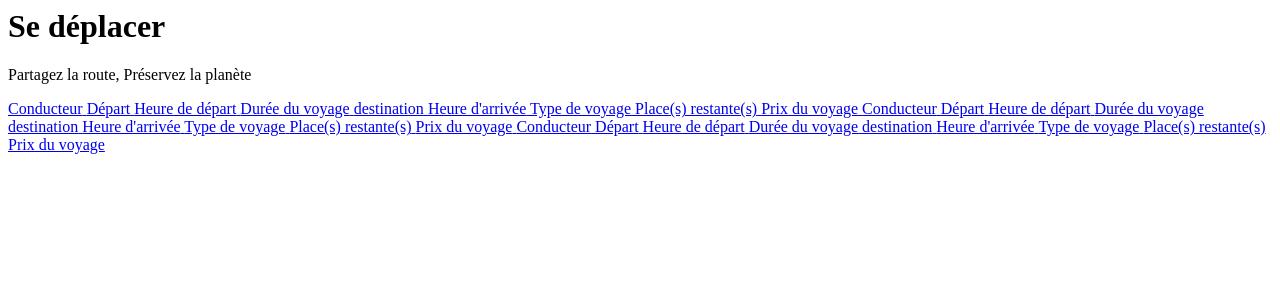
Repository: lemonhao9/ECF
Page: pages/covoiturages/vueCovoit.html
The author's editor kept a copy of each file at every save. The page is drawn from the files as they stood at one save, then again after the next save.
The browser window is 1280 px wide. The pictures show the whole page.

Above is the page before, as saved 2025-02-13 10:58:52.

After the next save:
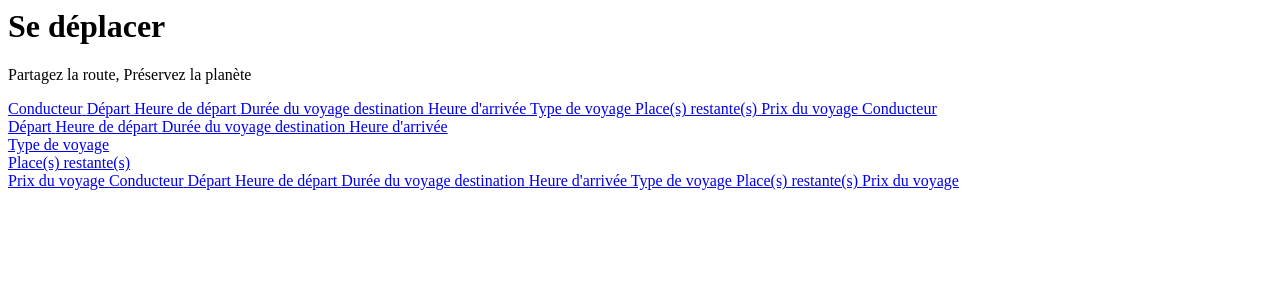
Saved 48 s later.
--- a/pages/covoiturages/vueCovoit.html
+++ b/pages/covoiturages/vueCovoit.html
@@ -18,14 +18,14 @@
     <span>Prix du voyage</span>
 </a>
 <a href="#" class="m-4">
-    <span>Conducteur</span>
+    <span>Conducteur</span><br>
     <span>Départ</span>
     <span>Heure de départ</span>
     <span>Durée du voyage</span>
     <span>destination</span>
-    <span>Heure d'arrivée</span>
-    <span>Type de voyage</span>
-    <span>Place(s) restante(s)</span>
+    <span>Heure d'arrivée</span><br>
+    <span>Type de voyage</span><br>
+    <span>Place(s) restante(s)</span><br>
     <span>Prix du voyage</span>
 </a>
 <a href="#" class="m-4">
